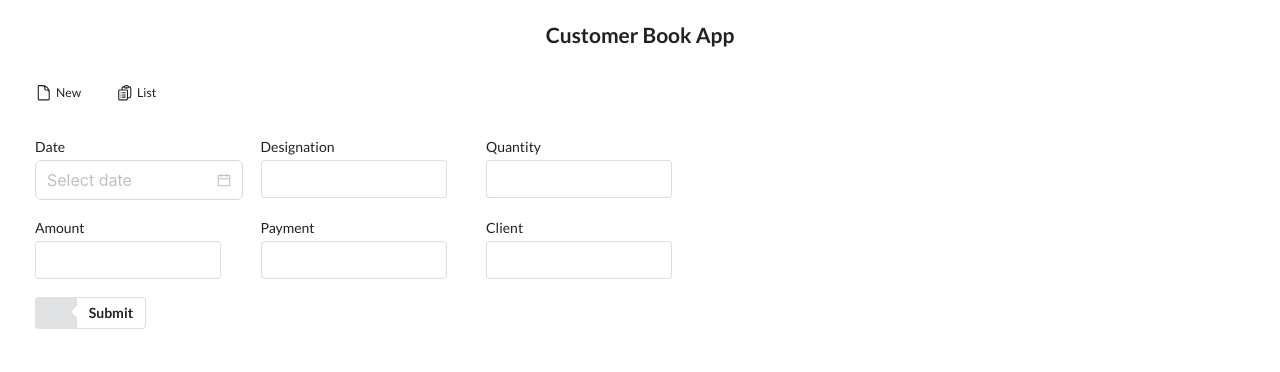
Repository: higirobruce/customerbookapp
Page: /, after clicking the first element matching `div.space-x-1`
The author's editor kept a copy of each file at every save. The page is drawn from the files as they stood at one save, then again after the next save.
The browser window is 1280 px wide. The pictures show the whole page.
The project was rebuilt for these pictures with package versions that can differ from the ones it lists, and the page was loaded fresh each time. The framework's server and built-in components were replaced by stand-ins that run in the browser. Also part of the build but not shown: next.config.js, components/layout/sidebar.js.

Above is the page before, as saved 2022-11-24 23:31:32.

After the next save:
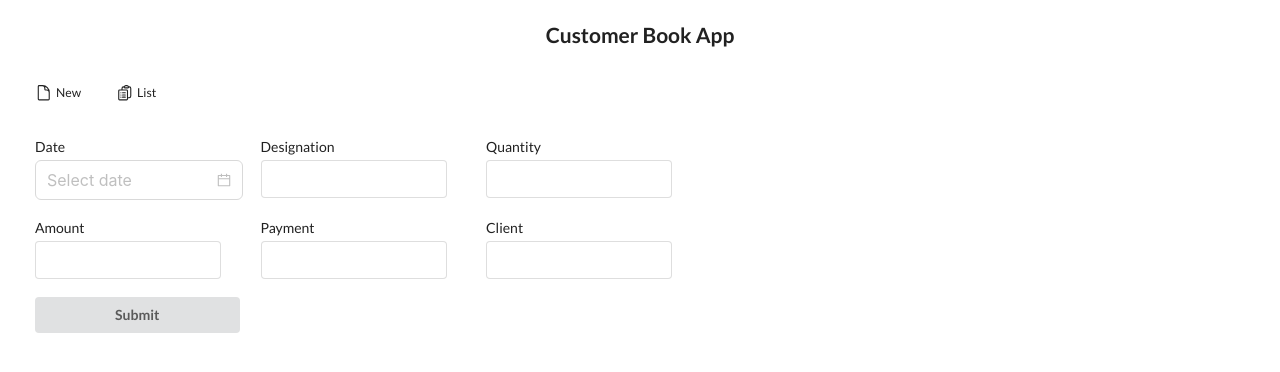
Saved 34 s later.
--- a/components/common/form.js
+++ b/components/common/form.js
@@ -36,7 +36,7 @@ export default function Form() {
         <div><Input size='tiny' /></div>
       </div>
 
-      <Button label="Submit"/>
+      <Button>Submit</Button>
     </div>
   )
 }
